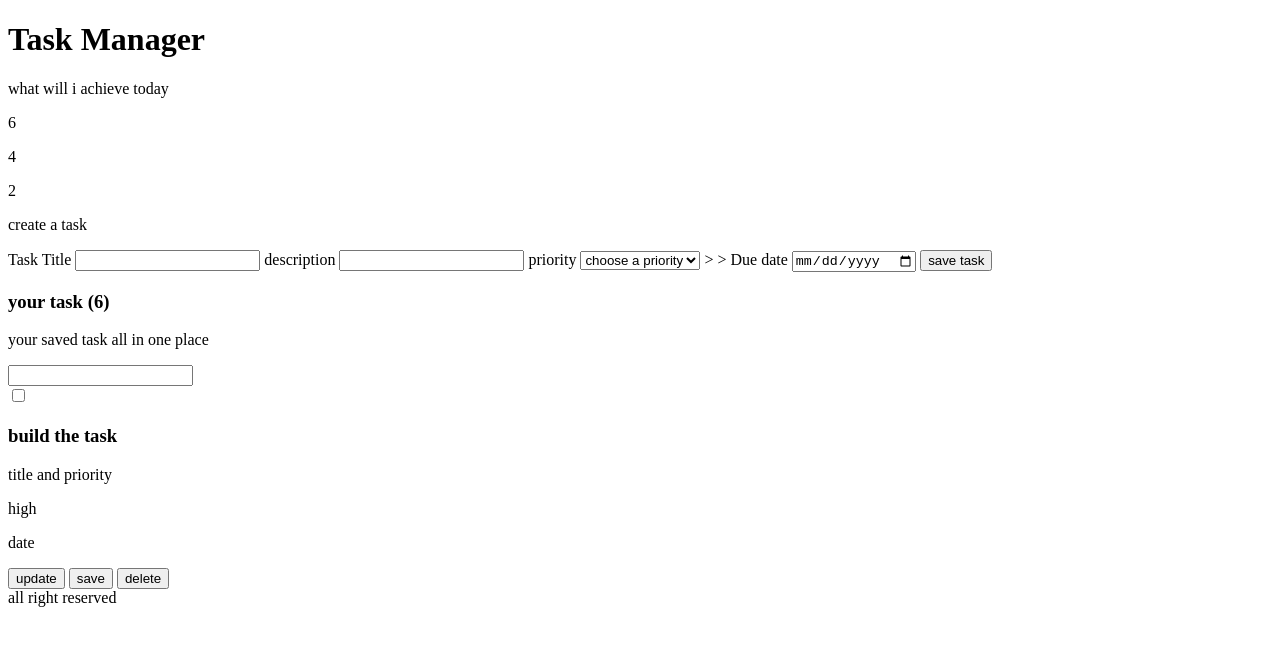
Repository: XDENTERTAINMENT/task-manager-groupwork
Page: index.html
These files come from the project's save history. The page is drawn as it stood at one moment and after a run of saves; the edit follows.
The browser window is 1280 px wide. The pictures show the whole page.

Above is the page before, as saved 2026-10-23 21:19:28.

### index.html
<!DOCTYPE html>
<html lang="en">
<head>
    <meta charset="UTF-8">
    <meta name="viewport" content="width=device-width, initial-scale=1.0">
    <title>Personal-Task-Manager</title>
</head>
<body>

   <header>
    <h1>Task Manager</h1>
    <p>what will i achieve today</p>
   </header>
    <!-- the main -->
   <main>
    <section class="section1">
        <div>
        <p id="total-task">6</p>
        </div>

        <div>
        <p id="pending-task">4</p>
        </div>

        <div>
        <p  id="completed-task">2</p>
        </div>
    </section>



    <!-- section 2 -->
    <section  class="section2">

        <!-- the create task section -->
      <div class="create-task">
          <div> <p>create a task</p></div>
       <form action="submit">

           <label for="title">
             Task Title
            <input type="text"  id="title-input">
           </label>


           <label for="description">
                   description
            <input type="text"  id="description-input">
           </label>

           <label for="priority">

            priority
             <select name="" id="">
                <option value="">choose a priority</option>
                <option value=""> High</option>
                <option value=""> Medium</option>
                <option value="">  low</option>
             </select>  >
            >
           </label>

           <label for="date">
            Due date
            <input type="date">
           </label>

     <button class="form-button"> save task</button>
       </form>
    <div>




      <!-- task mapping -->

        <div class="task-mapping">
              <h3> your task (6)</h3>
        <p> your saved task all in one place</p>
        <input type="search">


        <!-- the card -->
         <div class="card">
            <input type="checkbox">
            <div>

                <h3> build the task</h3>
                <p>title and priority</p>
                <p id="priority"> high</p></div>
                <p> date</p>


         </div>
<!-- the inline editing -->
         <div>
            <button>update</button>
            <button  class="save"> save</button>
            <button class="delete"> delete</button>

         </div>

        </div>



</div>

    </section>
   </main>

   <!-- the footer -->
   <footer>
    all right reserved
   </footer>
</body>
</html>

After the next 3 saves:
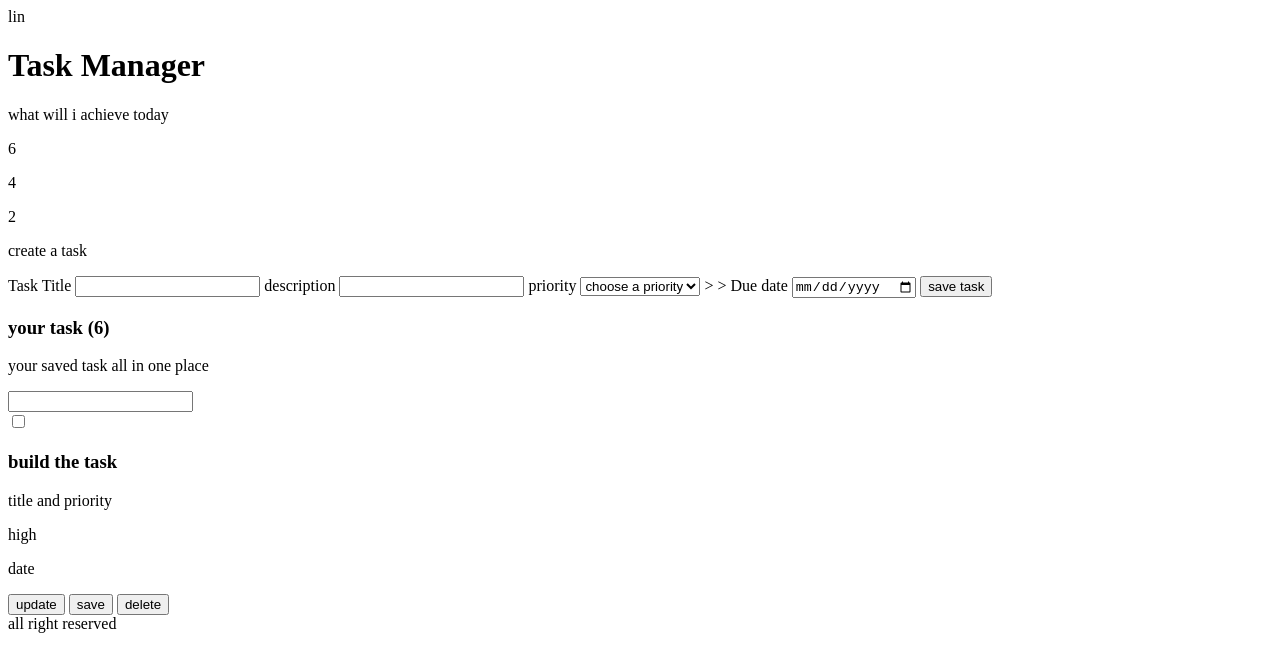
The 3 saves are shown as one change because they came seconds apart.
The last was saved 6 min 10 s later.
--- a/index.html
+++ b/index.html
@@ -4,6 +4,7 @@
     <meta charset="UTF-8">
     <meta name="viewport" content="width=device-width, initial-scale=1.0">
     <title>Personal-Task-Manager</title>
+    lin
 </head>
 <body>
 

After the save that followed:
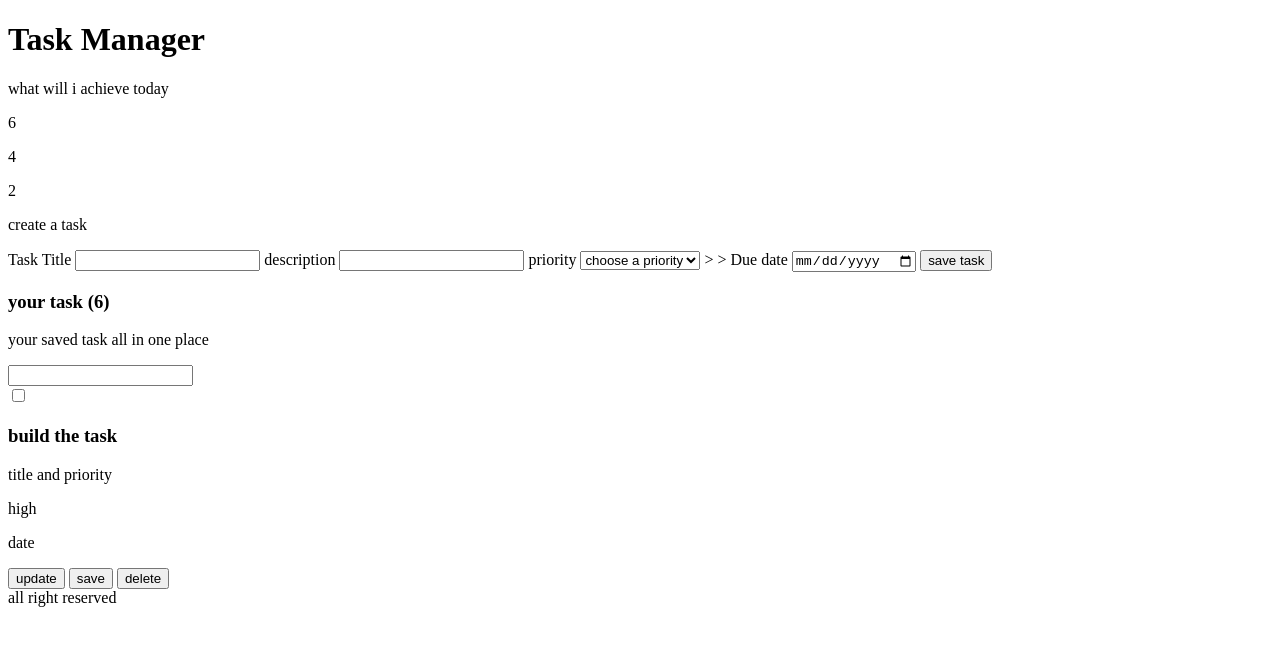
Saved 8 s later.
--- a/index.html
+++ b/index.html
@@ -4,7 +4,7 @@
     <meta charset="UTF-8">
     <meta name="viewport" content="width=device-width, initial-scale=1.0">
     <title>Personal-Task-Manager</title>
-    lin
+    <link rel="stylesheet" href="">
 </head>
 <body>
 
